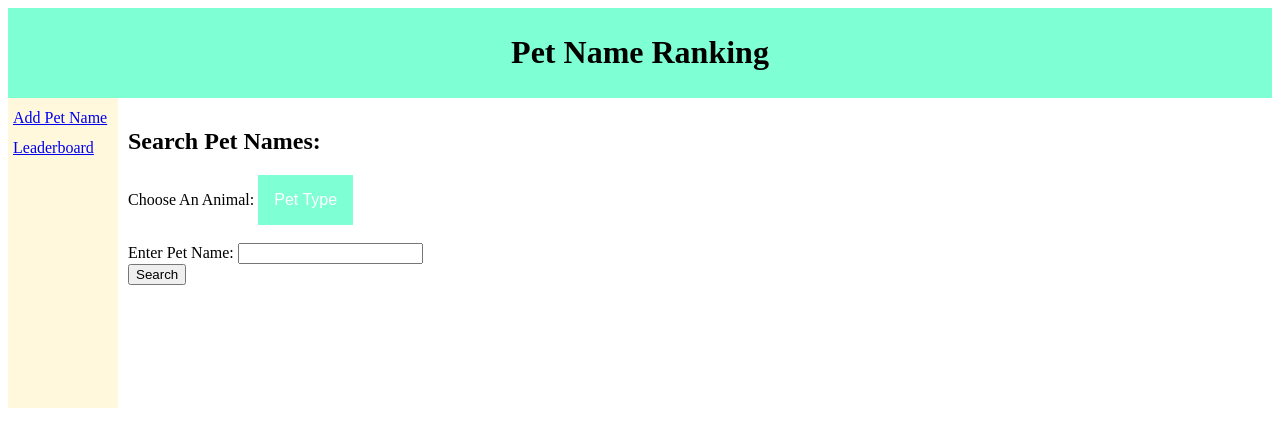
Repository: mutterbucket/TriplettTermProject4830
Page: workspaceCSCI4830-tech-excercise-Triplett/techExcerciseTriplett/WebContent/home_search.html
The author's editor kept a copy of each file at every save. The page is drawn from the files as they stood at one save, then again after the next save.
The browser window is 1280 px wide. The pictures show the whole page.

Above is the page before, as saved 2020-02-21 22:39:21.

After the next save:
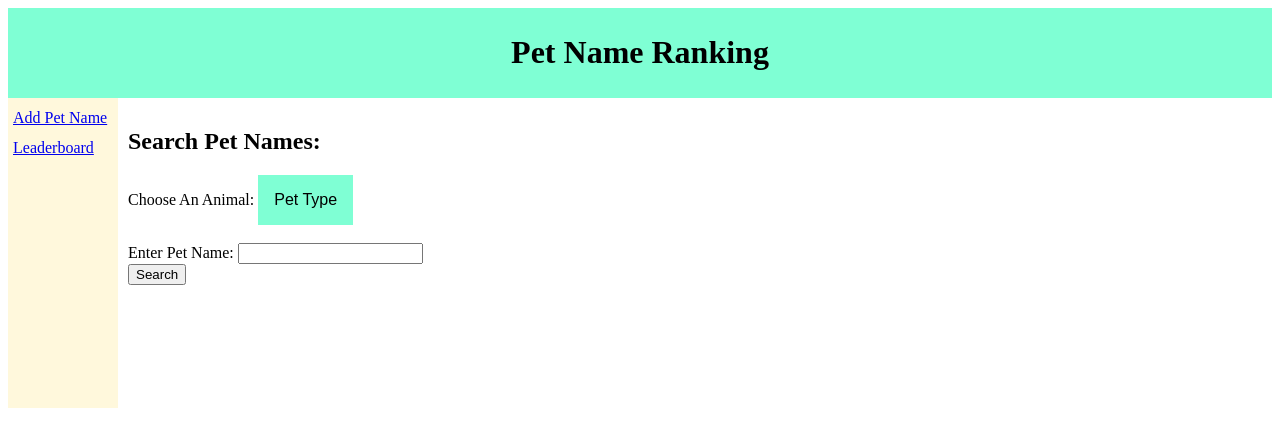
Saved 14 s later.
--- a/workspaceCSCI4830-tech-excercise-Triplett/techExcerciseTriplett/WebContent/home_search.html
+++ b/workspaceCSCI4830-tech-excercise-Triplett/techExcerciseTriplett/WebContent/home_search.html
@@ -24,7 +24,7 @@ section {
 }
 .dropbtn {
   background-color:aquamarine;
-  color: white;
+  color: black;
   padding: 16px;
   font-size: 16px;
   border: none;
